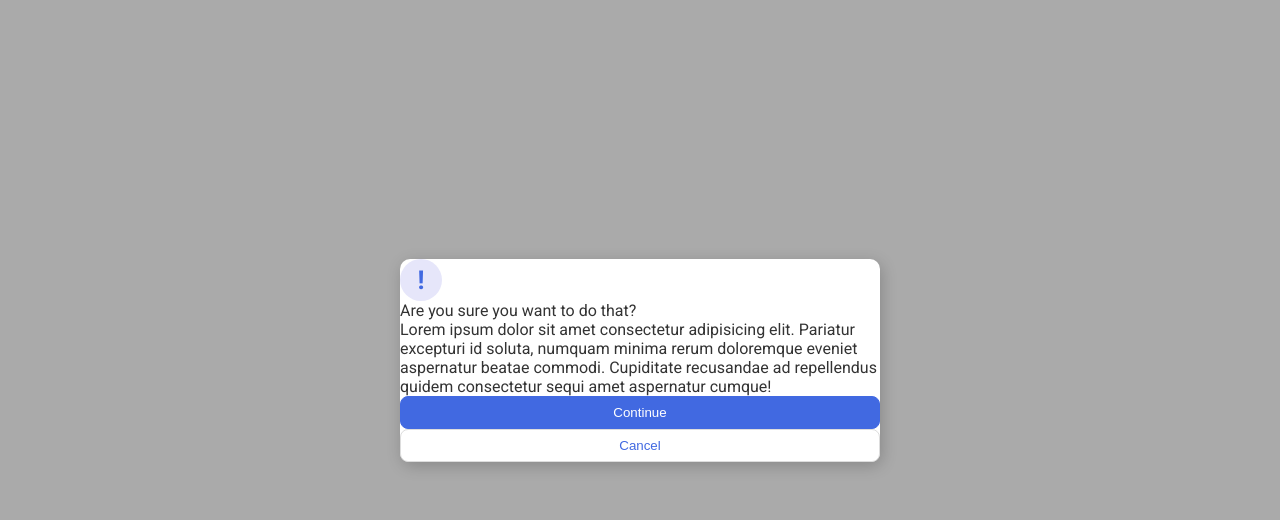
Repository: ridgely/css-exercises
Page: flex/05-flex-modal/index.html
An editor plug-in stored every save of this project. The page is shown before and after the next save, followed by the edit.
The browser window is 1280 px wide. The pictures show the whole page.

Above is the page before, as saved 2022-07-06 14:17:57.

After the next save:
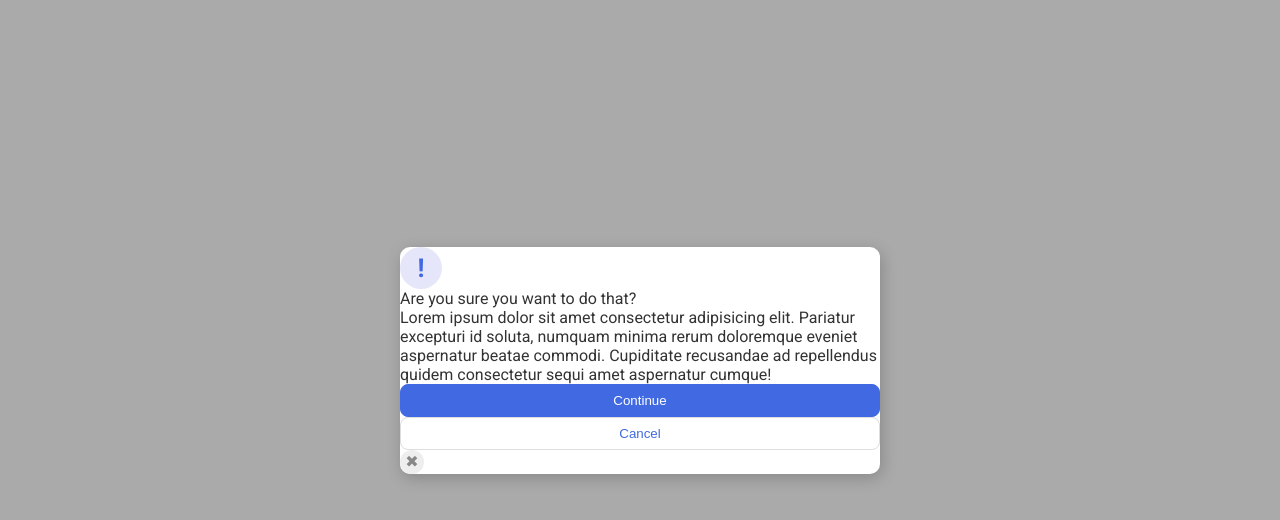
Saved 4 s later.
--- a/flex/05-flex-modal/index.html
+++ b/flex/05-flex-modal/index.html
@@ -16,6 +16,7 @@
       <div class="text">Lorem ipsum dolor sit amet consectetur adipisicing elit. Pariatur excepturi id soluta, numquam minima rerum doloremque eveniet aspernatur beatae commodi. Cupiditate recusandae ad repellendus quidem consectetur sequi amet aspernatur cumque!</div>
       <button class="continue">Continue</button>
       <button class="cancel">Cancel</button>
+      <div class="close-button">✖</div>
     </div>
   </body>
 </html>
